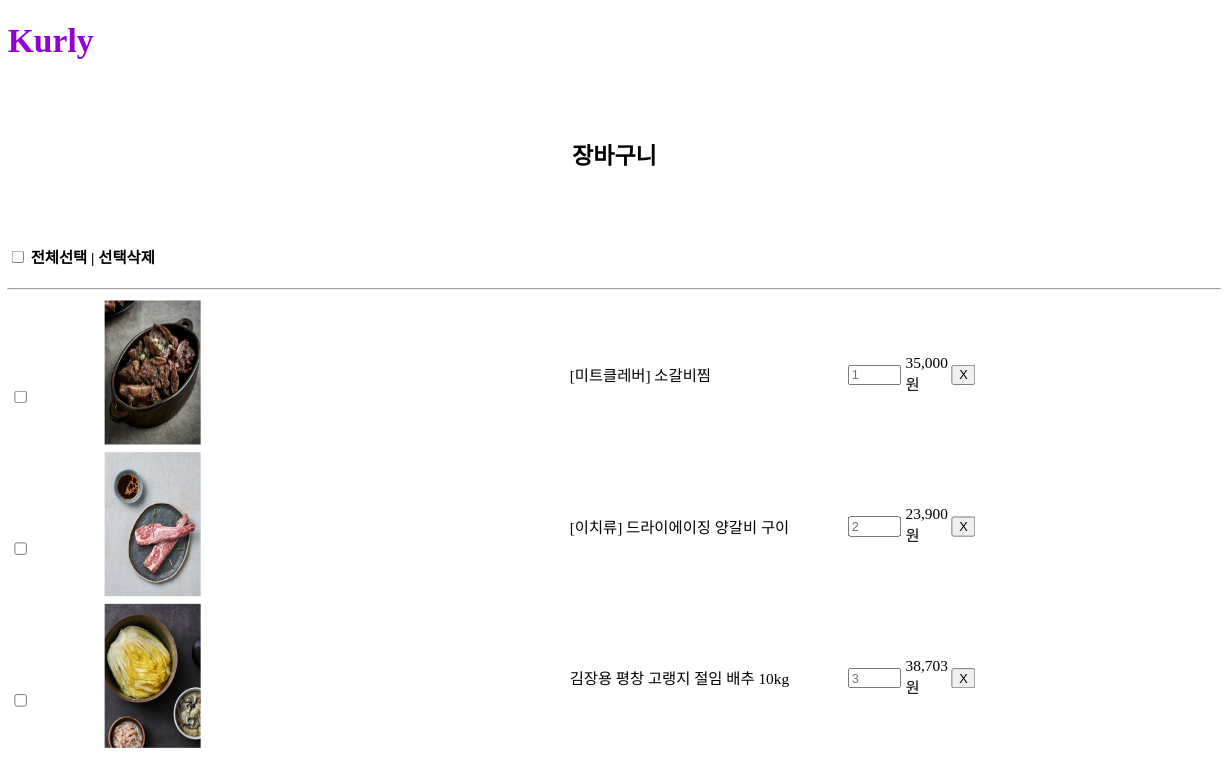
Repository: buildadoor/eclipse
Page: frontWeb/src/main/webapp/z02_kurlyproject/basket.html
These files come from the project's save history. The page is drawn as it stood at one moment and after the next save; the edit follows.
The browser window is 1280 px wide. The pictures show the whole page, at 96% of full size.

Above is the page before, as saved 2022-11-12 03:04:00.

### frontWeb/src/main/webapp/z02_kurlyproject/basket.html
<!DOCTYPE html>
<html>
<head>
<meta charset="UTF-8">
<title>Kurly 마켓컬리/뷰티컬리</title>
<link href="logo.ico" rel="shortcut icon" type="image/x-icon">
<style type="text/css">
h1{font-size:35px; font-family:"Times New Roman";color:darkviolet;text-align:left;}
h4{accent-color:purple;}
span{font-size:18px;color:lightgray;}
#img{ width:100px;height:150px;}
#box{
	margin-top:50px;
	accent-color:purple;
}
</style>
</head>
<body>
<h1><strong>Kurly</strong></h1>
<br><br>
<h2 align="center">장바구니</h2>
<br><br>
<h4><input type="checkbox"> 전체선택 | 선택삭제</h4>
<hr>
 <table width="80%" height="100%">
 	<col width="100px"><col width="500px"><col width="300px">

 	<tr><td><input id="box" type="checkbox"></td><td><img src="product01.jpg" id="img"/></td>
 	<td align:"left" text-color:"darkgray">[미트클레버] 소갈비찜</td>
 	<td><input type="number" id="pcnt" min="1" max="10" placeholder="1"></td><td>35,000원</td>
 	<td><input type="button" value="X" onclick="alert('장바구니 목록에서 삭제되었습니다.')"></td></tr>

 	<tr><td><input id="box" type="checkbox"></td><td><img src="product02.jpg" id="img"/></td>
 	<td align:"left" text-color:"darkgray">[이치류] 드라이에이징 양갈비 구이</td>
 	<td><input type="number" id="pcnt1" min="1" max="20" placeholder="2"></td><td>23,900원</td>
 	<td><input type="button" value="X" onclick="alert('장바구니 목록에서 삭제되었습니다.')"></td></tr>

 	<tr><td><input id="box" type="checkbox"></td><td><img src="product03.jpg" id="img"/></td>
 	<td align:"left" text-color:"darkgray">김장용 평창 고랭지 절임 배추 10kg</td>
 	<td><input type="number" id="pcnt2" min="1" max="10" placeholder="3"></td><td>38,703원</td>
 	<td><input type="button" value="X" onclick="alert('장바구니 목록에서 삭제되었습니다.')"></td></tr>

</table>

</body>
</html>

After the next save:
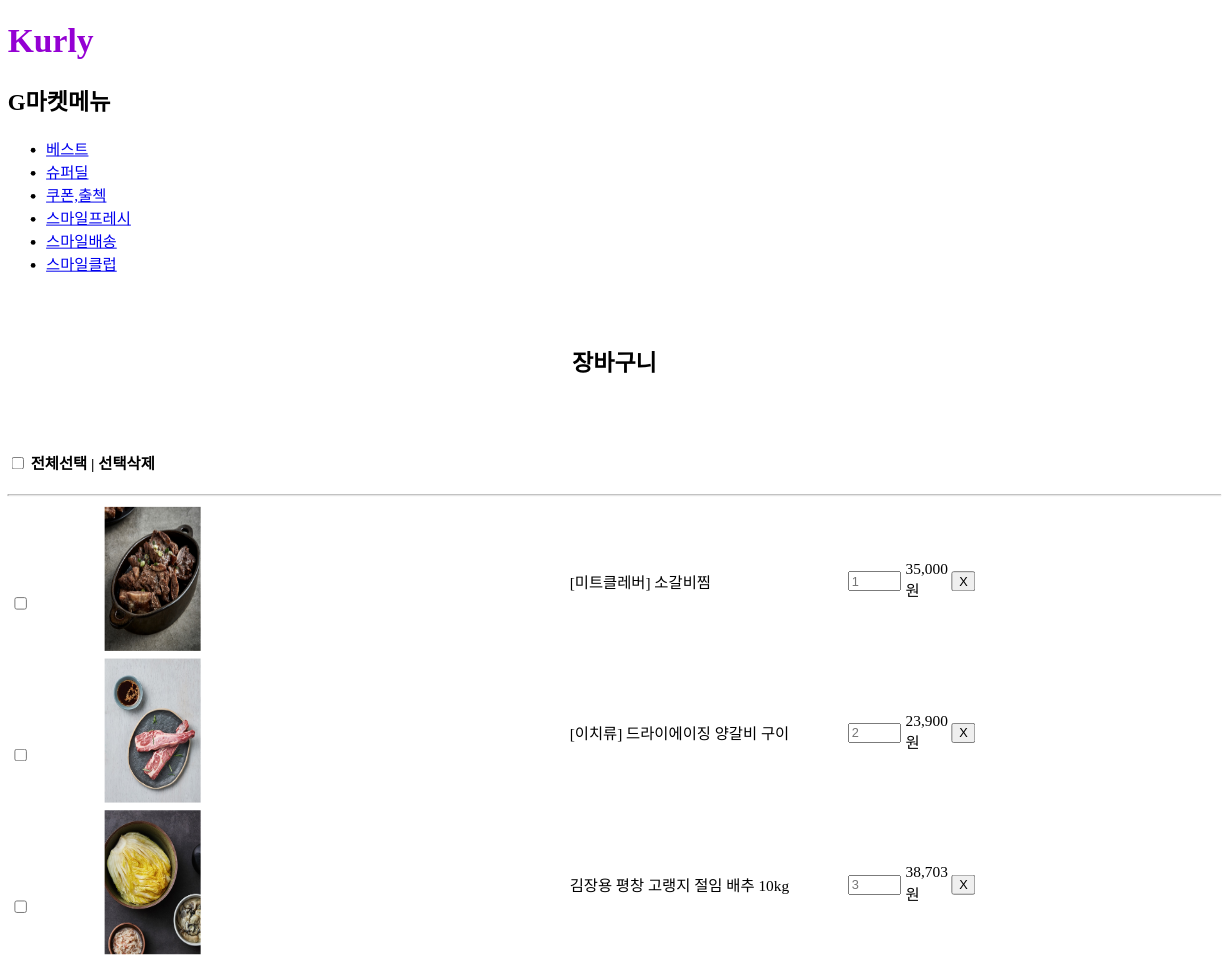
Saved 4 min 59 s later.
--- a/frontWeb/src/main/webapp/z02_kurlyproject/basket.html
+++ b/frontWeb/src/main/webapp/z02_kurlyproject/basket.html
@@ -17,6 +17,17 @@
 </head>
 <body>
 <h1><strong>Kurly</strong></h1>
+<h2>G마켓메뉴</h2>
+<nav id = "menubar">
+	<ul>
+		<li><a href="#">베스트</a>
+		<li><a href="#">슈퍼딜</a>
+		<li><a href="#">쿠폰,출첵</a>
+		<li><a href="#">스마일프레시</a>
+		<li><a href="#">스마일배송</a>
+		<li><a href="#">스마일클럽</a>
+	</ul>
+</nav>
 <br><br>
 <h2 align="center">장바구니</h2>
 <br><br>
